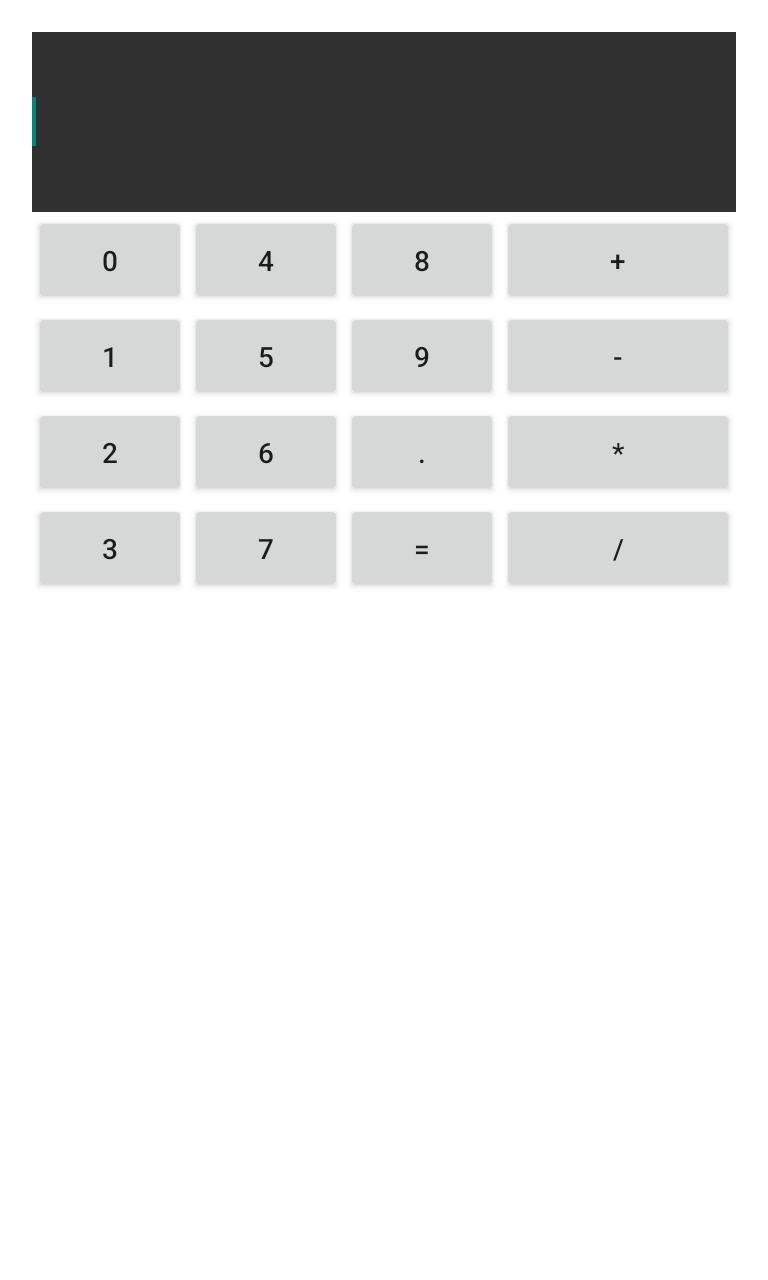
Repository: roopasree/new-pgm
Layout: Newapp/res/layout/ctivity3_main.xml
These files come from the project's save history. The layout is drawn as it stood at one moment and after the next save; the edit follows.
It is drawn on a 768 x 1280 px phone screen (xhdpi) without system bars, with theme AppTheme; the app's code is not run.

Above is the layout before, as saved 2015-02-16 06:52:27.

After the next save:
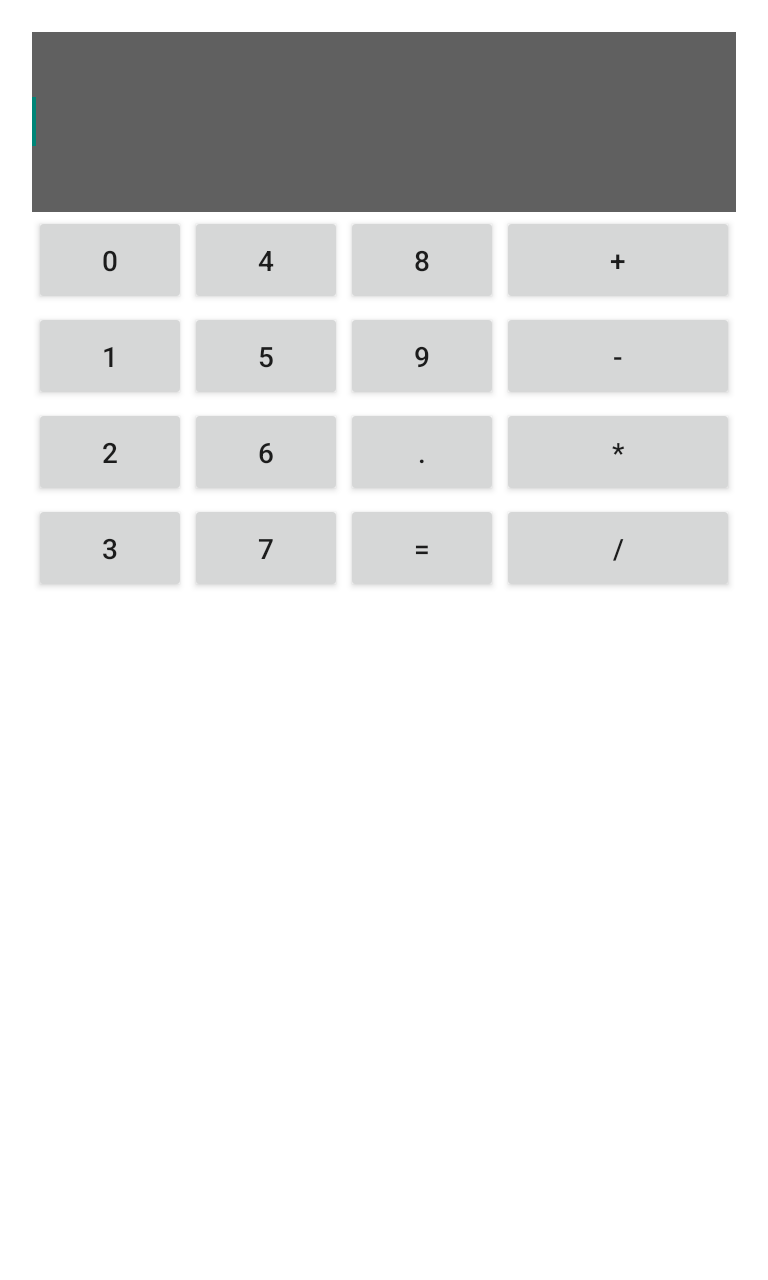
Saved 20 s later.
--- a/Newapp/res/layout/ctivity3_main.xml
+++ b/Newapp/res/layout/ctivity3_main.xml
@@ -13,7 +13,7 @@
         android:id="@+id/editText1"
         android:layout_width="match_parent"
         android:layout_height="90dp"
-        android:background="#303030"
+        android:background="#606060"
         android:ems="10" >
 
         <requestFocus />
